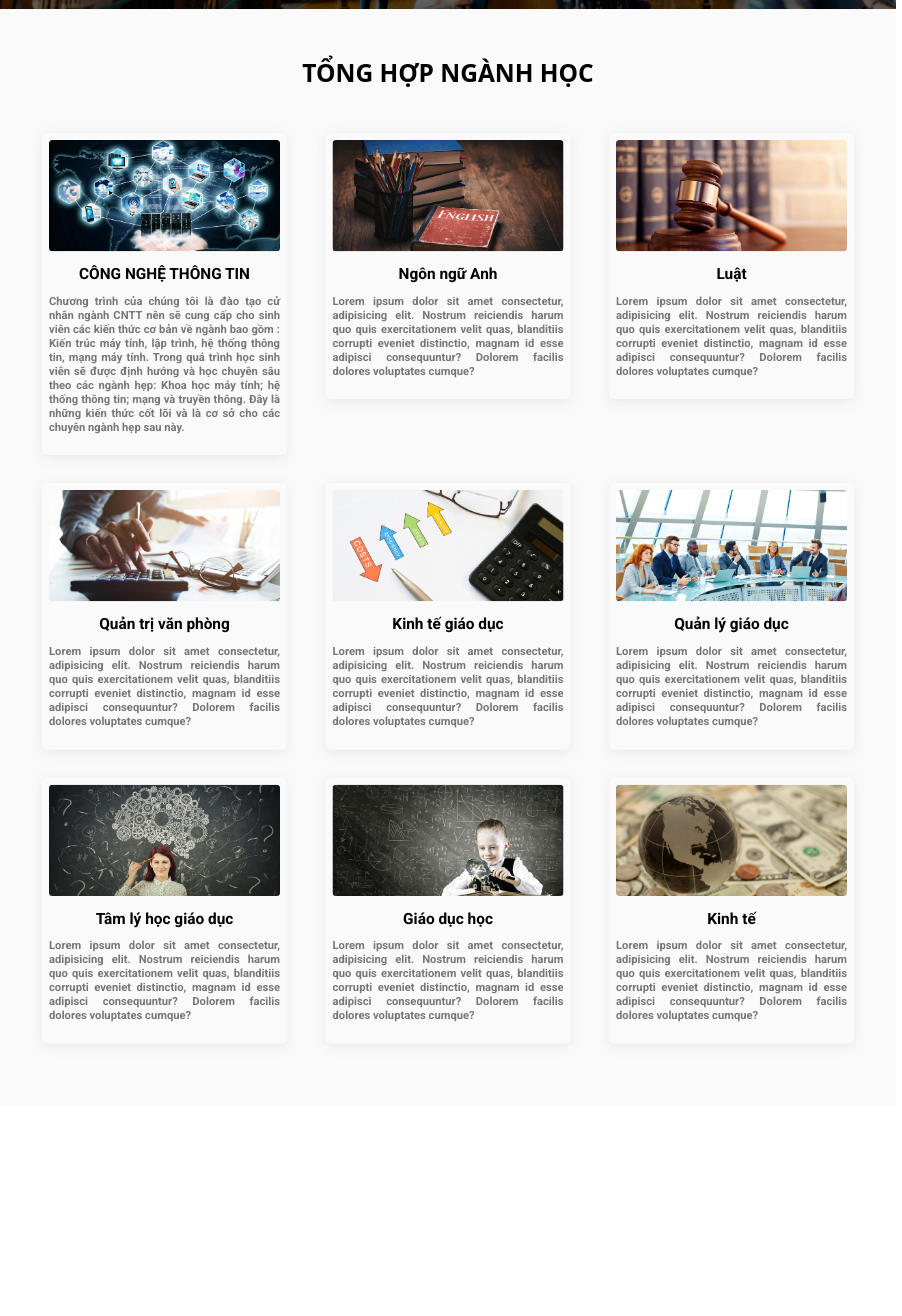
Repository: hongphuck1/trangweb1
Page: index.html
The author's editor kept a copy of each file at every save. The page is drawn from the files as they stood at one save, then again after the next save.
The browser window is 1280 px wide. The page is 1288 px wide, so the pictures cover 1288 px, including what lies to the right of the window. The pictures show the part of the page from y = 1910 to 3790 px (the page is 4941 px tall), at 70% of full size.

Above is the page before, as saved 2021-09-07 02:24:07.

After the next save:
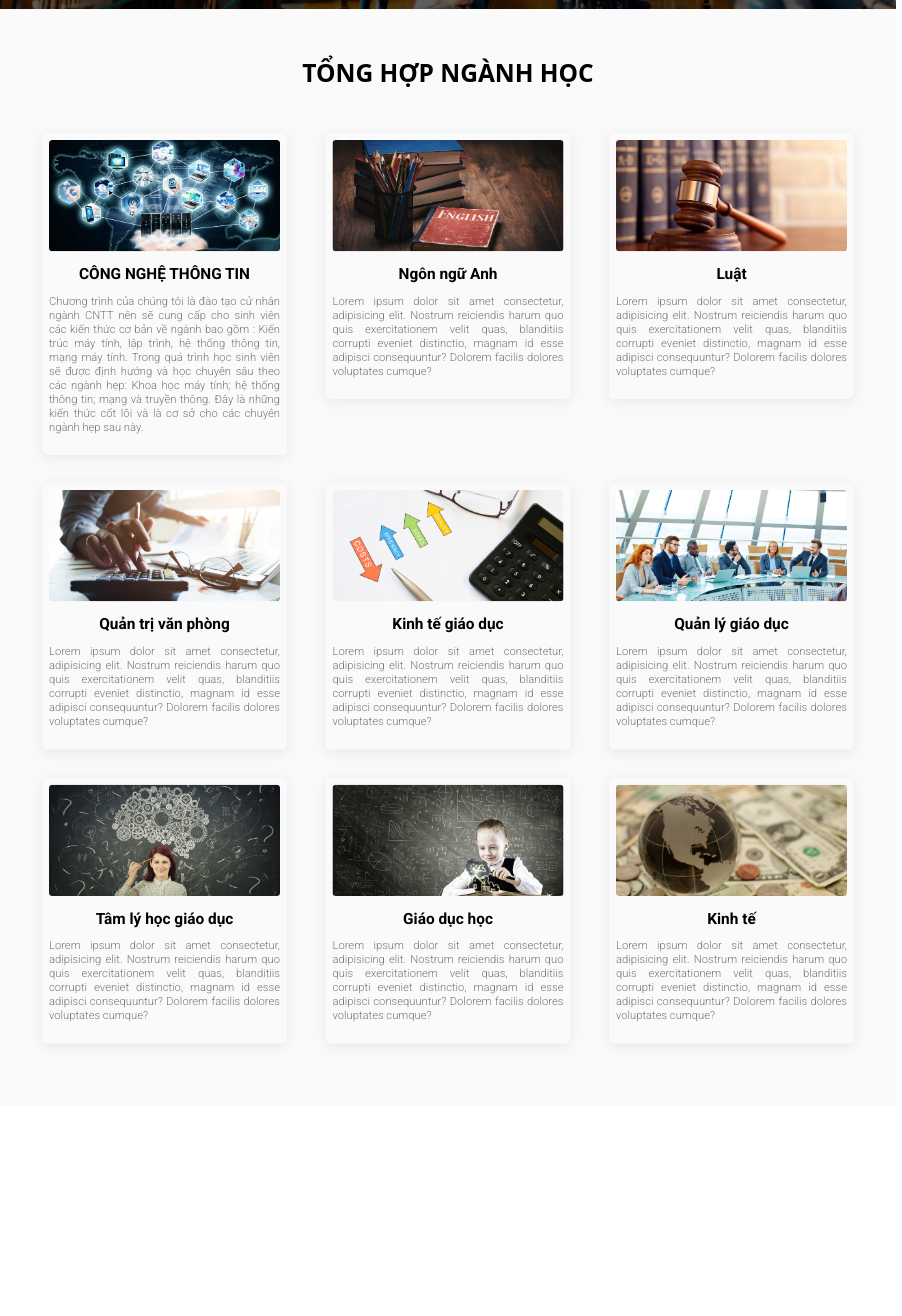
Saved 7 h 19 min later.
--- a/css/style.css
+++ b/css/style.css
@@ -312,7 +312,8 @@
   padding:  0 10px 30px;
   line-height: 2.0rem;
   text-align: justify;
-  font-weight: 600;
+  font-weight: 300;
   font-size: 1.6rem;
   color: #777;
-}
+
+}
